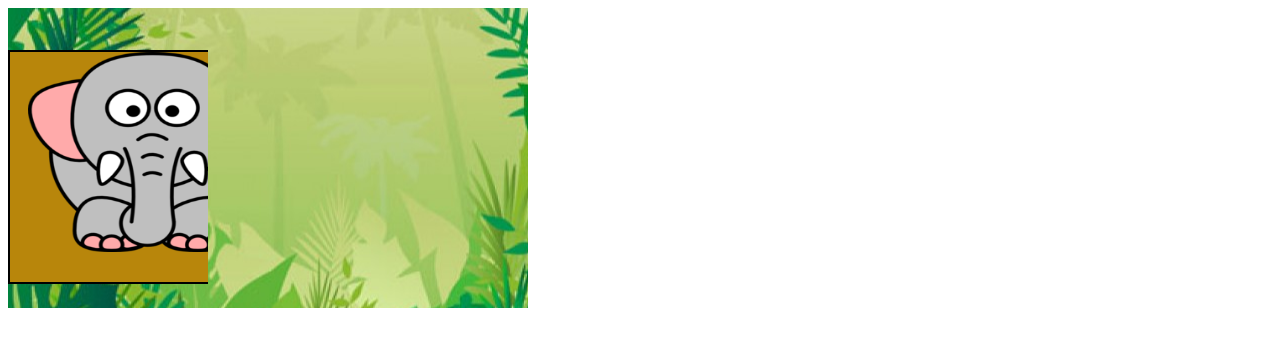
Repository: RathipriyaChandrasekaran/dotlite
Page: ConnectDots/menupage.html
An editor plug-in stored every save of this project. The page is shown before and after the next save, followed by the edit.
The browser window is 1280 px wide. The pictures show the whole page.

Above is the page before, as saved 2014-12-14 18:32:41.

### ConnectDots/menupage.html
<!DOCTYPE html>
<html>
<head>
     <meta charset="utf-8" />
     <meta name="viewport" content="width=device-width, initial-scale=1.0, maximum-scale=1.0">
     <link rel="stylesheet" type="text/css" href="css/appstyle.css"/>
     <script src="js/main.js"></script>
</head>
<body>

 <div id="scroll" class="scope" >

   <div id="filmstrip" class="filmstrip" style= "width:1500px !important;">
    <div id="animallearning" class="scrollable" onclick="animalpage()">
     <img src="images/elephants.png"></img>
     <button class="button" style="width:110px !important;" >Animals</button>
    </div>
    <div id="musiclearning" class="scrollable">
     <img src="images/guitar.png"></img>
     <button class="button" style="width:110px !important;" >Music</button>
    </div>
    <div id="fruitslearning" class="scrollable">
     <img src="images/fruits.png"></img>
     <button class="button" style="width:110px !important;">Fruits</button>
    </div>

   </div>
 </div>
 <canvas id="canvas" width="520px" height="300px"></canvas>



 <script>
 var points=new Array();
 var canvas = document.getElementById('canvas');
 var context = canvas.getContext('2d');
 var height = 300;
 var width = 520;

 context.beginPath();
 context.rect(1, 1, width, height);
 context.fill();
 context.lineWidth = 1;
 context.strokeStyle = 'black';
 context.stroke();

 function loadCanvas(dataURL, _cb) {

     // load image from data url
     var imageObj = new Image();
     imageObj.onload = function() {
         var imgWidth = this.width;
         var imgHeight = this.height;
         var posX = (width - imgWidth)/2;
         var posY = (height - imgHeight)/2;
         context.drawImage(this, -5, posY + 10);
         if (_cb) _cb();
     };

     imageObj.src = dataURL;
 }

loadCanvas("images/jungle.png", function() {

});

function animalpage(){
	window.location.href="animals.html";
}


 </script>
</body>
</html>

### ConnectDots/css/appstyle.css
#backgroundimage{
	display: block;

    background-repeat: no-repeat ;
}

#play{
	position: absolute;
	top: 80px;
	left: 300px;
	width: 100px;
	height: 35px;
}

#pref{
	position : absolute;
	top: 130px;
	left: 300px;
	width: 100px;
	height: 30px;
}
#moregame{
	position : absolute;
	top: 170px;
	left: 300px;
	width: 100px;
	height: 30px;
}

#fullversion{
	position : absolute;
	top: 210px;
	left: 300px;
	width: 100px;
	height: 30px;
}
.button {
   border-top: 1px solid #96d1f8;
   background: #D2691E;
   background: -webkit-gradient(linear, left top, left bottom, from(#3e779d), to(#65a9d7));
   background: -webkit-linear-gradient(top, #3e779d, #65a9d7);
   background: -moz-linear-gradient(top, #3e779d, #65a9d7);
   background: -ms-linear-gradient(top, #3e779d, #65a9d7);
   background: -o-linear-gradient(top, #3e779d, #65a9d7);
   padding: 5px 10px;
   -webkit-border-radius: 8px;
   -moz-border-radius: 8px;
   border-radius: 8px;
   -webkit-box-shadow: rgba(0,0,0,1) 0 1px 0;
   -moz-box-shadow: rgba(0,0,0,1) 0 1px 0;
   box-shadow: rgba(0,0,0,1) 0 1px 0;
   text-shadow: rgba(0,0,0,.4) 0 1px 0;
   color: white;
   font-size: 16px;
   font-family: Georgia, serif;
   text-decoration: bold;
   vertical-align: middle;
   }
.button:hover {
   border-top-color: #28597a;
   background: #28597a;
   color: #ccc;
   }
.button:active {
   border-top-color: #1b435e;
   background: #D2691E;
   }
   .smallbutton {
   border-top: 1px solid #96d1f8;
   background: #65a9d7;
   background: -webkit-gradient(linear, left top, left bottom, from(#3e779d), to(#65a9d7));
   background: -webkit-linear-gradient(top, #3e779d, #65a9d7);
   background: -moz-linear-gradient(top, #3e779d, #65a9d7);
   background: -ms-linear-gradient(top, #3e779d, #65a9d7);
   background: -o-linear-gradient(top, #3e779d, #65a9d7);
   padding: 5px 10px;
   -webkit-border-radius: 8px;
   -moz-border-radius: 8px;
   border-radius: 8px;
   -webkit-box-shadow: rgba(0,0,0,1) 0 1px 0;
   -moz-box-shadow: rgba(0,0,0,1) 0 1px 0;
   box-shadow: rgba(0,0,0,1) 0 1px 0;
   text-shadow: rgba(0,0,0,.4) 0 1px 0;
   color: white;
   font-size: 14px;
   font-family: Georgia, serif;
   text-decoration: none;
   vertical-align: middle;
   }
   .scope{
     position: absolute;
     top: 50px;
     width:200px;
     overflow-x:scroll;
     overflow-y:hidden;
   }

    img{
      top: 20px;
      width: 250px;
      height: 200px;
    }
    .scrollable{
      cursor: pointer;
      background-color: #B8860B;
      width: 500px;
      height: 230px;
      position: relative;
      border: 2px solid;
    }

/**/
.filmstrip>div {
  width:400px !important;
  display:inline-block;
  text-align:center;
}

### ConnectDots/js/main.js
var startTime;
var checkTime;

//Initialize function
var init = function () {
	// TODO:: Do your initialization job
	console.log("init() called");

	// add eventListener for tizenhwkey
	document.addEventListener('tizenhwkey', function(e) {
		if(e.keyName == "back") {
			try {
				tizen.application.getCurrentApplication().exit();
			} catch (error) {
				console.error("getCurrentApplication(): " + error.message);
			}
		}
	});
};
// window.onload can work without <body onload="">
window.onload = init;

function startTime() {
	var today = new Date();
	var h = today.getHours();

	var m = today.getMinutes();
	var s = today.getSeconds();
	m = checkTime(m);
	s = checkTime(s);
	document.getElementById('divbutton1').innerHTML="Current time: " + h + ":" + m + ":" + s;
	var t = setTimeout(startTime, 250);
}

function checkTime(i) {
	if (i < 10) {
		i="0" + i;
	}
	return i;
}

After the next save:
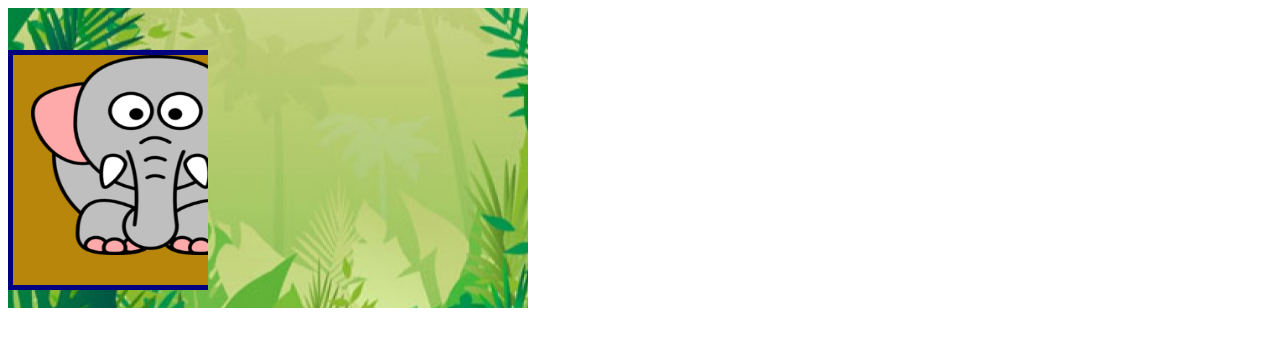
Saved 60 s later.
--- a/ConnectDots/css/appstyle.css
+++ b/ConnectDots/css/appstyle.css
@@ -106,7 +106,7 @@
       width: 500px;
       height: 230px;
       position: relative;
-      border: 2px solid;
+      border: 5px solid navy;
     }
 
 /**/
